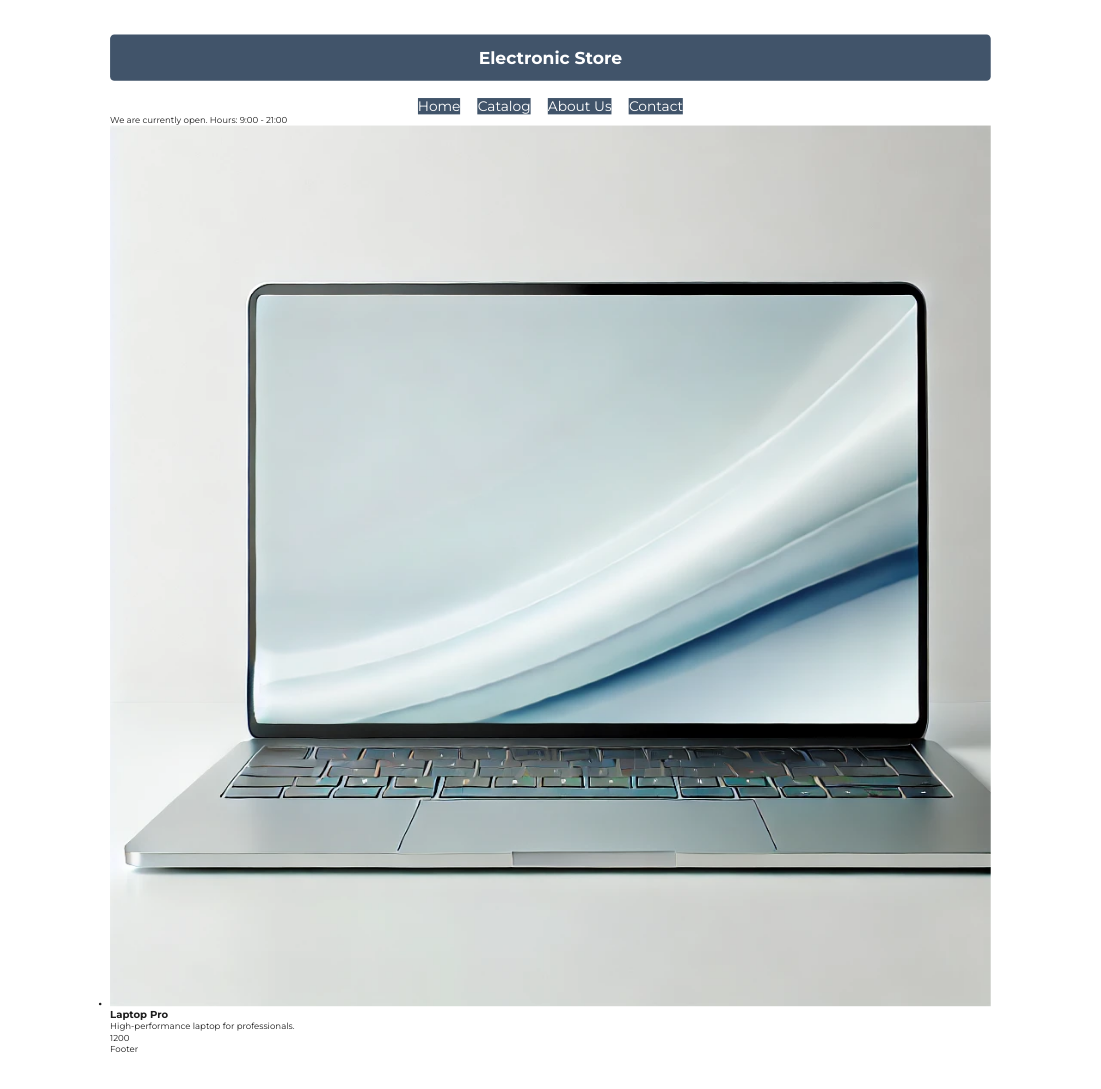
Repository: Lithium87/e-Strore
Page: /
The author's editor kept a copy of each file at every save. The page is drawn from the files as they stood at one save, then again after the next save.
The browser window is 1280 px wide. The pictures show the whole page, at 86% of full size.
The project was rebuilt for these pictures with package versions that can differ from the ones it lists, and the page was loaded fresh each time. Also part of the build but not shown: vite.config.js.

Above is the page before, as saved 2025-07-05 16:22:20.

### src/main.jsx
import {StrictMode} from 'react';
import {createRoot} from 'react-dom/client';
import App from './App.jsx';

createRoot (document.getElementById ('root')).render (
  <StrictMode>
    <App />
  </StrictMode>
);

### src/App.jsx
import React from 'react';
import './index.css';

const productData = [
  {
    name: 'Laptop Pro',
    description: 'High-performance laptop for professionals.',
    price: 1200,
    photoName: '/laptop.png',
    soldOut: false,
  },
  {
    name: 'Smartphone X',
    description: 'Latest model with stunning display.',
    price: 800,
    photoName: '/smartphone.png',
    soldOut: false,
  },
  {
    name: 'Wireless Headphones',
    description: 'Noise-cancelling headphones with great sound quality.',
    price: 200,
    photoName: '/headphones.png',
    soldOut: false,
  },
  {
    name: 'Smartwatch Z',
    description: 'Stylish smartwatch with fitness tracking features.',
    price: 150,
    photoName: '/smartwatch.png',
    soldOut: false,
  },
  {
    name: 'Gaming Console',
    description: 'Powerful gaming console for endless fun.',
    price: 400,
    photoName: '/console.png',
    soldOut: true,
  },
  {
    name: '4K TV',
    description: 'Ultra HD television with vibrant colors.',
    price: 1000,
    photoName: '/tv.png',
    soldOut: false,
  },
];

const App = () => {
  return (
    <div>
      <Header />
      <Catalog />
      <Footer />
    </div>
  );
};

const Header = () => {
  const hour = new Date ().getHours ();
  const openHours = 9;
  const closeHours = 21;
  const isOpen = hour >= openHours && hour < closeHours;

  return (
    <header>
      <h1 className="header">Electronic Store</h1>
      <nav className="nav">
        <ul>
          <li>
            <a href="#home">Home</a>
          </li>
          <li>
            <a href="#catalog">Catalog</a>
          </li>
          <li>
            <a href="#about">About Us</a>
          </li>
          <li>
            <a href="#contact">Contact</a>
          </li>
        </ul>
      </nav>
      <div>
        {isOpen
          ? <p>
              We are currently open. Hours: {openHours}:00 - {closeHours}:00
            </p>
          : <p>
              Sorry, we are closed. Hours: {openHours}:00 - {closeHours}:00
            </p>}
      </div>
    </header>
  );
};

const Catalog = () => {
  return (
    <main>
      <ul>
        <Product />
      </ul>
    </main>
  );
};

const Product = () => {
  return (
    <li>
      <img src={productData[0].photoName} alt={productData[0].name} />
      <div>
        <h3>{productData[0].name}</h3>
        <p>{productData[0].description}</p>
        <span>{productData[0].price}</span>
      </div>
    </li>
  );
};

const Footer = () => {
  return <footer>Footer</footer>;
};

export default App;

### src/index.css
@import url("https://fonts.googleapis.com/css2?family=Montserrat:wght@300;400;700&display=swap");

* {
  margin: 0;
  padding: 0;
  box-sizing: border-box;
}

html {
  font-size: 62.5%;
}

body {
  font-family: "Montserrat", sans-serif;
  color: #1e1e1e;
  background-color: #ffffff;
  min-height: 100vh;
  padding: 4rem;
  display: flex;
  justify-content: center;
  align-items: center;
}

.container {
  max-width: 120rem;
  margin: 0 auto;
  display: flex;
  flex-direction: column;
  align-items: center;
  gap: 3rem;
  padding: 2rem;
  background-color: #f4f6f8;
  border-radius: 1.2rem;
  box-shadow: 0px 4px 12px rgba(0, 0, 0, 0.1);
}

/* Header */
.header {
  align-self: stretch;
  text-align: center;
  padding: 1.5rem 0;
  background-color: #41546a;
  color: #ffffff;
  border-radius: 0.5rem;
  margin-bottom: 2rem;
}

.header h1 {
  font-size: 3.2rem;
  font-weight: 700;
  margin-bottom: 1rem;
}

.nav ul {
  list-style: none;
  display: flex;
  justify-content: center;
  gap: 2rem;
}

.nav a {
  background-color: #41546a;
  color: #ffffff;
  text-decoration: none;
  font-size: 1.6rem;
  font-weight: 500;
  transition: color 0.3s;
}

.nav a:hover {
  color: #ffdd57;
}

.working-hours {
  font-size: 1.4rem;
  margin-top: 1rem;
  color: #f1f1f1;
}

/* Catalog */
.catalog {
  width: 100%;
  text-align: center;
}

.catalog h2 {
  font-size: 3rem;
  font-weight: 700;
  color: #333333;
  margin-bottom: 1rem;
}

.catalog > p {
  font-size: 1.6rem;
  color: #555;
  line-height: 1.8;
  margin-bottom: 2rem;
}

.products {
  list-style: none;
  display: grid;
  grid-template-columns: repeat(auto-fit, minmax(20rem, 1fr));
  gap: 3rem;
  padding: 2rem;
}

.product {
  background-color: #ffffff;
  border-radius: 1rem;
  padding: 1.5rem;
  box-shadow: 0 8px 24px rgba(0, 112, 243, 0.1);
  transition: transform 0.3s ease, box-shadow 0.3s ease;
}

.product:hover {
  transform: translateY(-5px);
  box-shadow: 0 12px 36px rgba(0, 112, 243, 0.15);
}

.product img {
  width: 100%;
  height: auto;
  border-radius: 0.8rem;
  margin-bottom: 1.2rem;
}

.product div {
  text-align: left;
  padding: 0.5rem 0;
}

.product h3 {
  font-size: 2rem;
  font-weight: 700;
  color: #333;
  margin-bottom: 0.5rem;
}

.product p {
  font-size: 1.4rem;
  color: #666;
  font-weight: 400;
  margin-bottom: 1.2rem;
}

.product span {
  display: block;
  font-size: 1.6rem;
  font-weight: 500;
  color: #0070f3;
}

.product.sold-out {
  opacity: 0.6;
  pointer-events: none;
}

.product.sold-out span {
  color: #ff4d4d;
}

/* Footer */
.footer {
  text-align: center;
  font-size: 1.6rem;
  color: #333;
  background-color: #f4f4f4;
  padding: 2rem;
  border-radius: 0.5rem;
  margin-top: 2rem;
}

.footer h3 {
  font-size: 2rem;
  font-weight: 700;
  margin-bottom: 1rem;
}

.footer p {
  font-size: 1.4rem;
  margin-top: 0.5rem;
  color: #555;
}

.order {
  margin-top: 2rem;
  display: flex;
  flex-direction: column;
  align-items: center;
  gap: 1.5rem;
}

.btn {
  color: #fff;
  font-family: inherit;
  border: none;
  font-size: 1.6rem;
  font-weight: 600;
  background-color: #0070f3;
  padding: 1.2rem 3rem;
  border-radius: 2rem;
  cursor: pointer;
  transition: background-color 0.3s ease;
}

.btn:hover {
  background-color: #005bb5;
}

Loaded but not shown: index.html (common file)

After the next save:
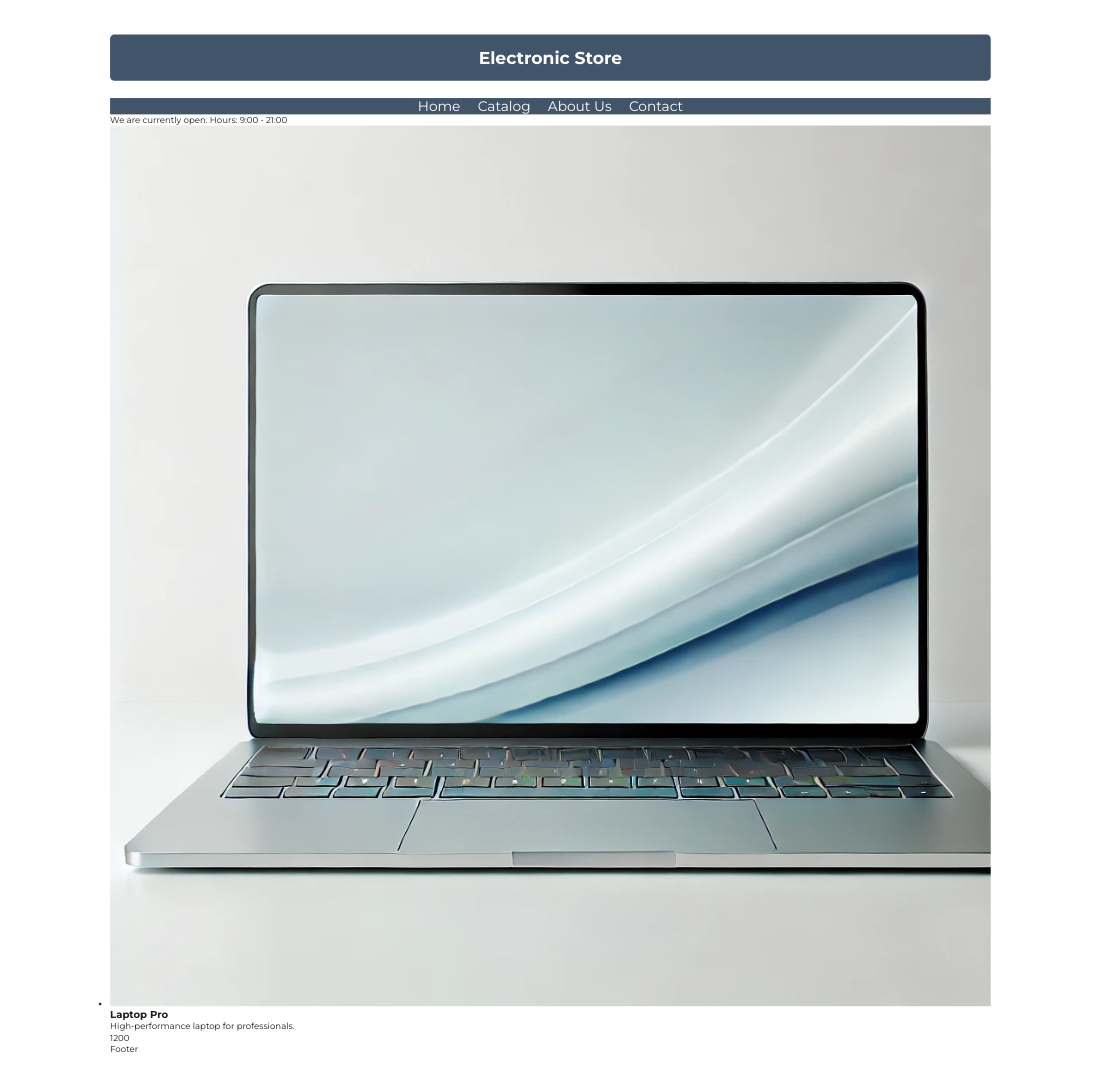
Saved 26 s later.
--- a/src/index.css
+++ b/src/index.css
@@ -52,6 +52,7 @@ body {
 }
 
 .nav ul {
+  background-color: #41546a;
   list-style: none;
   display: flex;
   justify-content: center;
@@ -59,7 +60,6 @@ body {
 }
 
 .nav a {
-  background-color: #41546a;
   color: #ffffff;
   text-decoration: none;
   font-size: 1.6rem;
